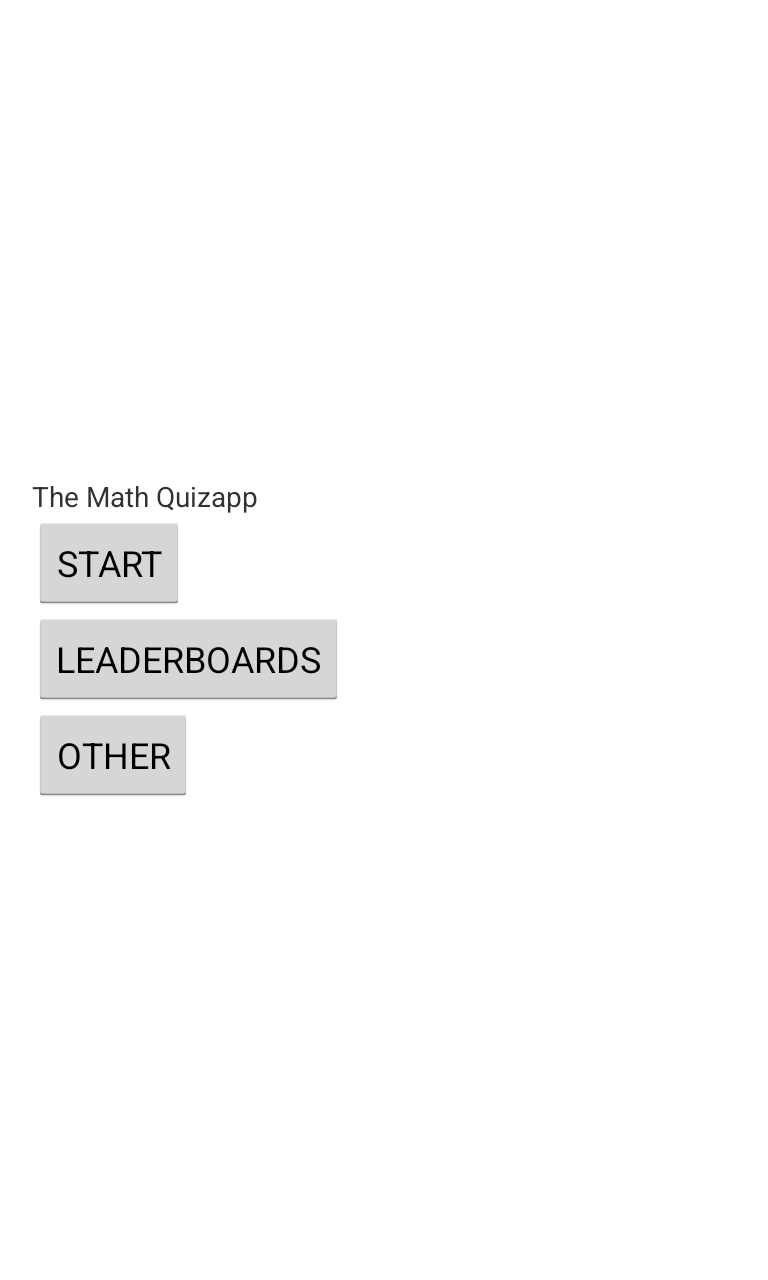
Repository: l2y/MathQuizApp
Layout: MathQuiz/res/layout/activity_start.xml
These files come from the project's save history. The layout is drawn as it stood at one moment and after the next save; the edit follows.
It is drawn on a 768 x 1280 px phone screen (xhdpi) without system bars, with theme AppTheme; the app's code is not run.

Above is the layout before, as saved 2014-04-08 00:45:09.

After the next save:
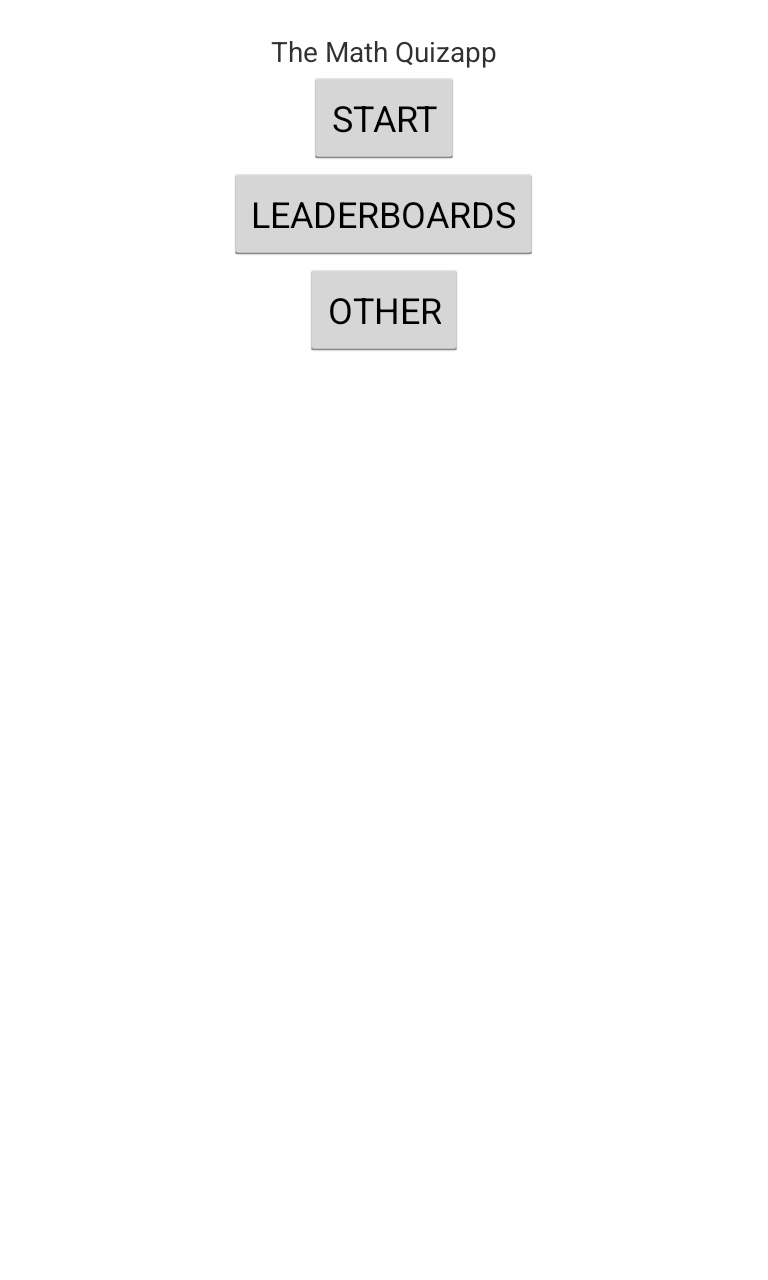
Saved 9 s later.
--- a/MathQuiz/res/layout/activity_start.xml
+++ b/MathQuiz/res/layout/activity_start.xml
@@ -8,7 +8,7 @@
     android:paddingTop="@dimen/activity_vertical_margin"
     tools:context=".StartActivity"
     android:orientation="vertical"
-    android:gravity="center_vertical">
+    android:gravity="center_horizontal">
 
     <TextView
         android:layout_width="wrap_content"
